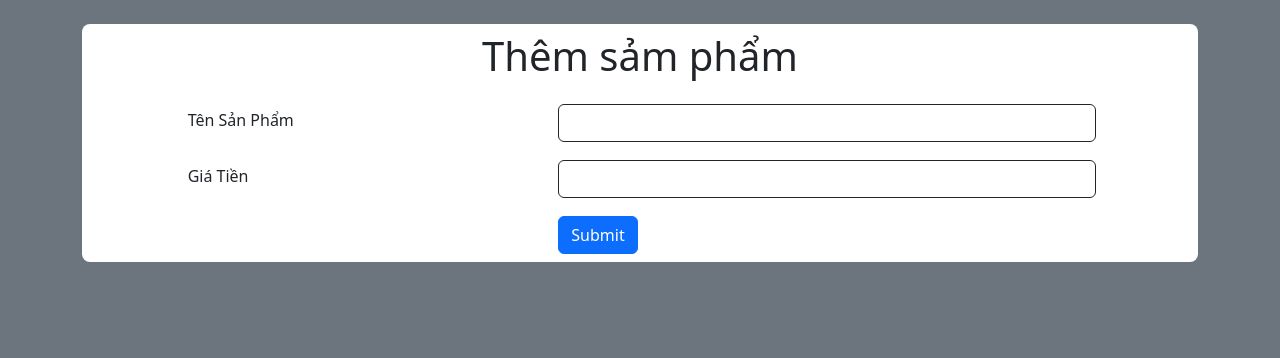
Repository: HT-35/iuh
Page: thi GK/index.html
These files come from the project's save history. The page is drawn as it stood at one moment and after the next save; the edit follows.
The browser window is 1280 px wide. The pictures show the whole page.

Above is the page before, as saved 2024-03-27 18:32:54.

After the next save:
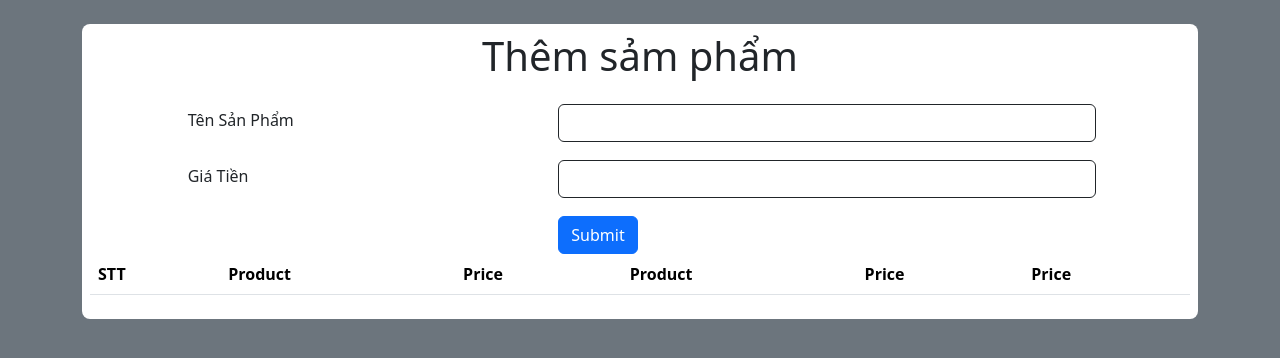
Saved 80 s later.
--- a/thi GK/index.html
+++ b/thi GK/index.html
@@ -58,6 +58,31 @@
             <div class=" col-6 col-sm-4 col-md-4 col-lg-4 "></div>
 
           </div>
+          <div class="table-responsive">
+            <table class="table">
+              <thead>
+                <tr>
+                  <th>STT</th>
+                  <th>Product</th>
+                  <th>Price</th>
+                  <th>Product</th>
+                  <th>Price</th>
+                  <th>Price</th>
+                </tr>
+              </thead>
+              <tbody id="insertData">
+                <!-- <tr>
+                                      <th scope="row">1</th>
+                                      <td>iphone 15</td>
+                                      <td>15.000.000</td>
+                                      <td>iphone 15</td>
+                                      <td>15.000.000</td>
+                                      <td>15.000.000</td>
+                                    </tr> -->
+
+              </tbody>
+            </table>
+          </div>
         </form>
         <div id="result"></div>
       </div>
